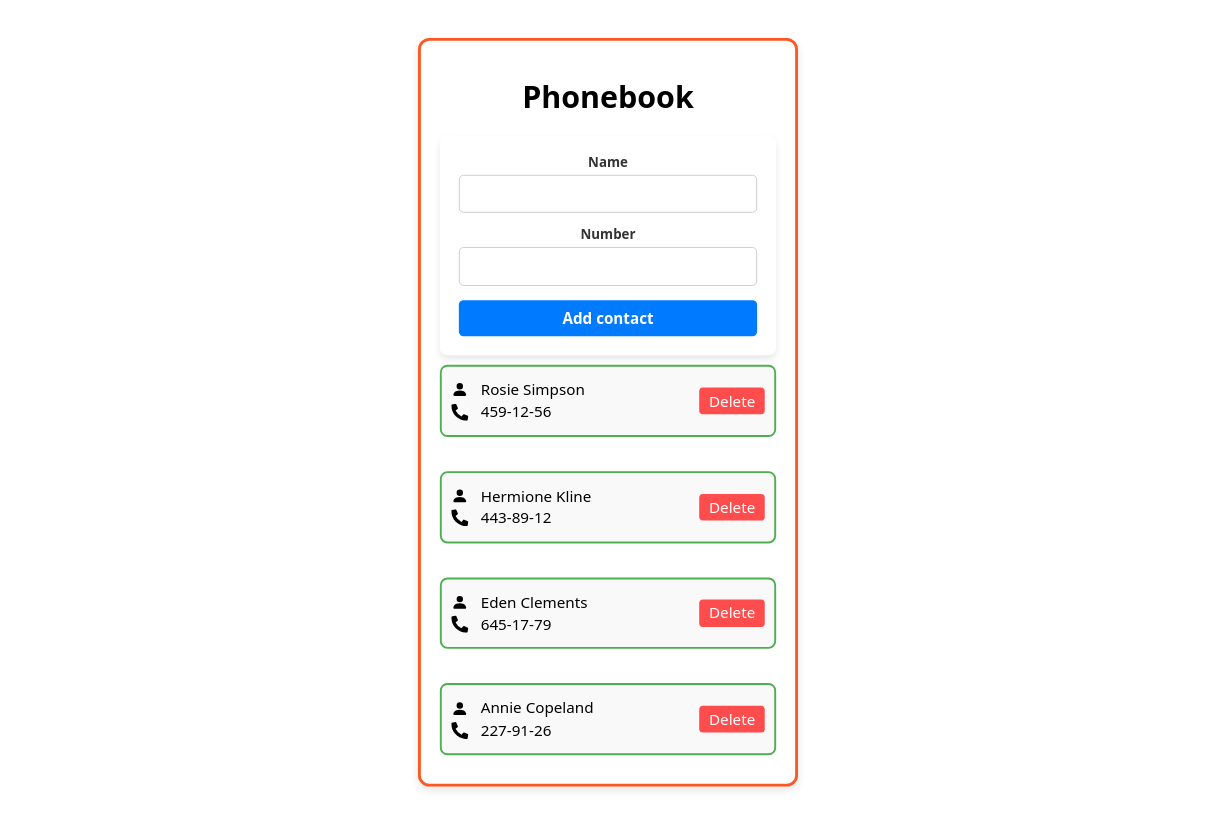
Repository: Evgeniya-Tishakova/goit-react-hw-03
Page: /
An editor plug-in stored every save of this project. The page is shown before and after the next save, followed by the edit.
The browser window is 1280 px wide. The pictures show the whole page, at 95% of full size.
The project was rebuilt for these pictures with package versions that can differ from the ones it lists, and the page was loaded fresh each time. Also part of the build but not shown: vite.config.js, src/index.css.

Above is the page before, as saved 2025-03-09 15:27:28.

### src/main.jsx
import { StrictMode } from "react";
import { createRoot } from "react-dom/client";
import "./index.css";
import App from "./components/App/App";
import "modern-normalize";

createRoot(document.getElementById("root")).render(
  <StrictMode>
    <App />
  </StrictMode>
);

### src/components/App/App.jsx
import { useState } from "react";
import { nanoid } from "nanoid";

import css from "./App.module.css";
import ContactForm from "../ContactForm/ContactForm";
import ContactList from "../ContactList/ContactList";

export default function App() {
  const [users, setUsers] = useState([
    { id: "id-1", name: "Rosie Simpson", number: "459-12-56" },
    { id: "id-2", name: "Hermione Kline", number: "443-89-12" },
    { id: "id-3", name: "Eden Clements", number: "645-17-79" },
    { id: "id-4", name: "Annie Copeland", number: "227-91-26" },
  ]);
  const [filterContacts, setFilterContacts] = useState("");

  const addUser = (newUser) => {
    setUsers((prevUsers) => {
      return [...prevUsers, newUser];
    });
  };

  const deleteUser = (userId) => {
    console.log(userId);
  };

  const searchUsers = users.filter((user) => user.name.toLowerCase());

  return (
    <>
      <div className={css.container}>
        <h1 className={css.title}>Phonebook</h1>
        <ContactForm onAdd={addUser} />
        <ContactList users={users} onDelete={deleteUser} />
      </div>
    </>
  );
}

### src/components/App/App.module.css
.container {
  max-width: 400px;
  margin: 40px auto;
  padding: 20px;
  border: 3px solid #ff5722;
  border-radius: 12px;
  background-color: #fff;
  box-shadow: 0px 4px 10px rgba(0, 0, 0, 0.1);
  text-align: center;
}

### src/components/ContactForm/ContactForm.jsx
import { Formik, Form, Field, ErrorMessage } from "formik";
import css from "./ContactForm.module.css";
import * as Yup from "yup";
import { nanoid } from "nanoid";

const UserSchema = Yup.object().shape({
  name: Yup.string()
    .min(3, "Too Short!")
    .max(50, "Too Long!")
    .required("Required"),
  number: Yup.number()
    .min(3, "Too short")
    .max(50, "Too long")
    .required("Required"),
});

export default function ContactForm({ onAdd }) {
  const initialValues = {
    name: "",
    number: "",
  };

  const handleSubmit = (values, actions) => {
    console.log("handleSubmit", values);

    onAdd(values, (id = nanoid));
    actions.resetForm();
  };

  // const handleSubmit =(event) => {
  // event.preventDefault();
  //   onAdd({
  //     name: event.target.elements.name.value;
  //     number: event.target.elements.number.value;
  //   })
  // }

  return (
    <Formik
      initialValues={initialValues}
      onSubmit={handleSubmit}
      validation={UserSchema}
    >
      {(props) => (
        <Form className={css.form} onSubmit={props.handleSubmit}>
          <div className={css.container}>
            <label className={css.label}>Name</label>
            <Field className={css.input} type="text" name="name" />
            <ErrorMessage className={css.error} name="name" component="span" />
          </div>
          <div className={css.container}>
            <label className={css.label}>Number</label>
            <Field className={css.input} type="text" name="number" />
            <ErrorMessage
              className={css.error}
              name="number"
              component="span"
            />
          </div>

          <button className={css.button} type="submit">
            Add contact
          </button>
        </Form>
      )}
    </Formik>
  );
}

### src/components/ContactList/ContactList.jsx
import css from "./ContactList.module.css";
import Contact from "../Contact/Contact";

export default function ContactList({ users, onDelete }) {
  return (
    <ul className={css.list}>
      {users.map((user) => (
        <li className={css.item}>
          <Contact
            key={user.id}
            name={user.name}
            number={user.number}
            onDelete={onDelete}
          />
        </li>
      ))}
    </ul>
  );
}

### src/components/ContactForm/ContactForm.module.css
.form {
    display: flex;
    flex-direction: column;
    align-items: center;
    gap: 15px;
    background-color: #fff;
    padding: 20px;
    border-radius: 8px;
    box-shadow: 0 4px 8px rgba(0, 0, 0, 0.1);
    max-width: 400px;
    margin: 0 auto;
}

.container {
    display: flex;
    flex-direction: column;
    width: 100%;
}


.label {
    font-size: 14px;
    font-weight: 600;
    color: #333;
    margin-bottom: 5px;
}

.input {
    width: 100%;
    padding: 10px;
    border: 1px solid #ccc;
    border-radius: 5px;
    font-size: 16px;
    transition: border 0.3s ease;
}

.input:focus {
    border-color: #007bff;
    outline: none;
}

.button {
    width: 100%;
    padding: 10px;
    background-color: #007bff;
    color: white;
    font-size: 16px;
    font-weight: bold;
    border: none;
    border-radius: 5px;
    cursor: pointer;
    transition: background 0.3s ease;
}

.button:hover {
    background-color: #0056b3;
}

.button:active {
    background-color: #004494;
}


.error {
    font-size: 14px;
    color: orangered;
}

### src/components/ContactList/ContactList.module.css
.list {
    margin: 0;
    padding: 0;
    display: flex;
    flex-direction: column;
    gap: 16px;
}

.item {
    border: 2px solid #4caf50;
    border-radius: 8px;
    padding: 10px;
    margin: 10px 0;
    display: flex;
    justify-content: space-between;
    align-items: center;
    background-color: #f9f9f9;
}

.item:hover {
    background-color: #e8f5e9;
}

### src/components/Contact/Contact.jsx
import css from "./Contact.module.css";
import { BsPersonFill } from "react-icons/bs";
import { FaPhoneAlt } from "react-icons/fa";

export default function Contact({ id, name, number, onDelete }) {
  return (
    <>
      <div className={css.container}>
        <p className={css.text}>
          <BsPersonFill className={css.icon} />
          {name}
        </p>
        <p className={css.text}>
          <FaPhoneAlt className={css.icon} />
          {number}
        </p>
      </div>
      <button className={css.button} onClick={() => onDelete}>
        Delete
      </button>
    </>
  );
}

### src/components/Contact/Contact.module.css
.text {
    margin: 5px 0;
    display: flex;
    align-items: center;

    gap: 8px;
}


.button {
    padding: 5px 10px;
    background-color: #ff4d4d;
    border: none;
    color: white;
    border-radius: 4px;
    cursor: pointer;
    transition: background 0.3s;
}


.button:hover {
    background-color: #cc0000;
}

.icon {
    margin-right: 5px;



    width: 18px;
    height: 18px;
}

Loaded but not shown: index.html (common file)

After the next save:
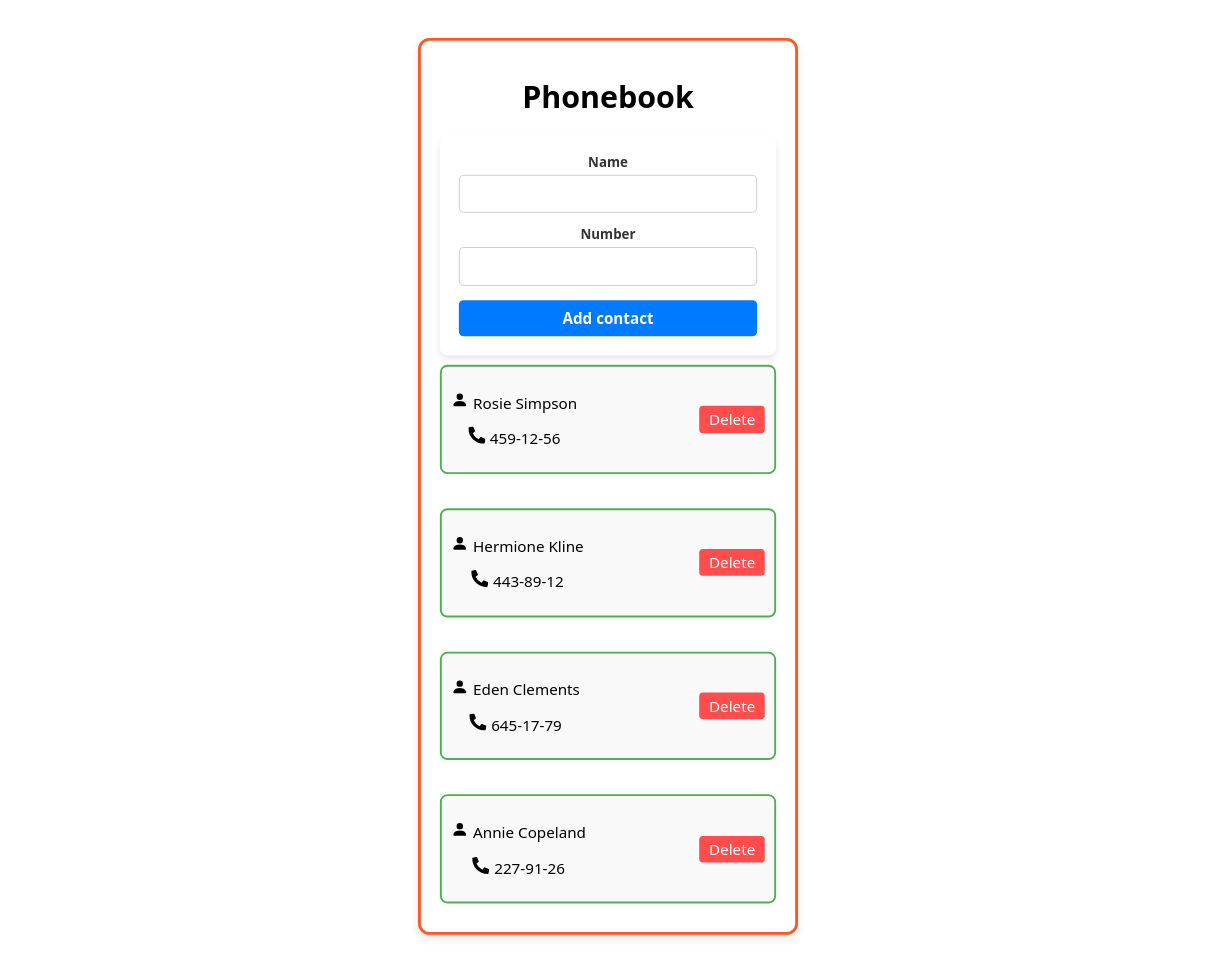
Saved 14 s later.
--- a/src/components/Contact/Contact.module.css
+++ b/src/components/Contact/Contact.module.css
@@ -1,4 +1,7 @@
-.text {
+.container {}
+
+
+text {
     margin: 5px 0;
     display: flex;
     align-items: center;
